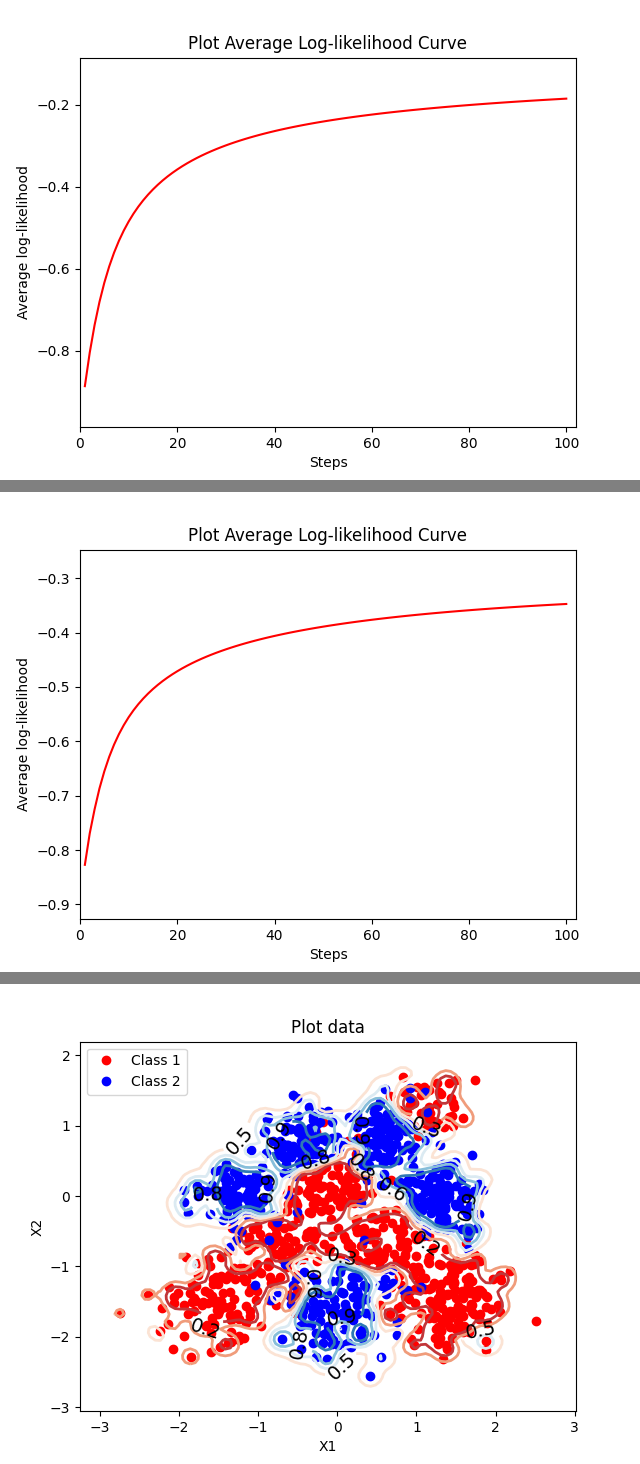
Repository: DhruvTrehan03/3F8
Script's output: python Lab.py
An editor plug-in stored every save of this project. The script's output is shown before and after the next save, followed by the edit.
Each picture stacks the figures in order, with grey between them; figures that are only written to a file come last. Random numbers start from a fixed seed.

Above is the script's output before, as saved 2024-02-16 12:56:52.

### Lab.py
import numpy as np
import matplotlib.pyplot as plt

def logistic(x):
    return 1.0 / (1.0 + np.exp(-x))

def plot_data_internal(X, y):
    x_min, x_max = X[ :, 0 ].min() - .5, X[ :, 0 ].max() + .5
    y_min, y_max = X[ :, 1 ].min() - .5, X[ :, 1 ].max() + .5
    xx, yy = np.meshgrid(np.linspace(x_min, x_max, 100), np.linspace(y_min, y_max, 100))
    plt.figure()
    plt.xlim(xx.min(None), xx.max(None))
    plt.ylim(yy.min(None), yy.max(None))
    ax = plt.gca()
    ax.plot(X[y == 0, 0], X[y == 0, 1], 'ro', label = 'Class 1')
    ax.plot(X[y == 1, 0], X[y == 1, 1], 'bo', label = 'Class 2')
    plt.xlabel('X1')
    plt.ylabel('X2')
    plt.title('Plot data')
    plt.legend(loc = 'upper left', scatterpoints = 1, numpoints = 1)
    return xx, yy

def plot_data(X, y):
    xx, yy = plot_data_internal(X, y)
    plt.show()

def log_likelihood (y, X, B):
    L= np.prod(np.power(sigmoid(X@B),(y)) * np.power(sigmoid(X@B),(1-y)))
    # for i in range(len(X[:,0])):
    #     L *= (sigmoid(B.T@X[i,:].T)**y[i])*(sigmoid(-B.T@X[i,:].T)**(1-y[i]))
    LL = np.log(L)
    return LL

def predict(X_tilde, w):
    return logistic(np.dot(X_tilde, w))

def get_x_tilde(X):
    return np.concatenate((np.ones((X.shape[ 0 ], 1 )), X), 1)

def plot_ll(ll):
    plt.figure()
    ax = plt.gca()
    plt.xlim(0, len(ll) + 2)
    plt.ylim(min(ll) - 0.1, max(ll) + 0.1)
    ax.plot(np.arange(1, len(ll) + 1), ll, 'r-')
    plt.xlabel('Steps')
    plt.ylabel('Average log-likelihood')
    plt.title('Plot Average Log-likelihood Curve')
    plt.show()

def plot_predictive_distribution(X, y, w, map_inputs = lambda x : x):
    xx, yy = plot_data_internal(X, y)
    ax = plt.gca()
    X_tilde = get_x_tilde(map_inputs(np.concatenate((xx.ravel().reshape((-1, 1)), yy.ravel().reshape((-1, 1))), 1)))
    Z = predict(X_tilde, w)
    Z = Z.reshape(xx.shape)
    cs2 = ax.contour(xx, yy, Z, cmap = 'RdBu', linewidths = 2)
    plt.clabel(cs2, fmt = '%2.1f', colors = 'k', fontsize = 14)
    plt.show()

def compute_average_ll(X_tilde, y, w):
    output_prob = predict(X_tilde, w)
    return np.mean(y * np.log(output_prob) + (1 - y) * np.log(1.0 - output_prob))

def fit_w(X_tilde_train, y_train, X_tilde_test, y_test, n_steps, alpha):
    w = np.random.randn(X_tilde_train.shape[ 1 ])
    ll_train = np.zeros(n_steps)
    ll_test = np.zeros(n_steps)
    for i in range(n_steps):
        sigmoid_value = predict(X_tilde_train, w)
        w += alpha * X_tilde_train.T@(y_train-sigmoid_value)     # Gradient-based update rule for w. To be completed by the student
        ll_train[ i ] = compute_average_ll(X_tilde_train, y_train, w)
        ll_test[ i ] = compute_average_ll(X_tilde_test, y_test, w)
        print(ll_train[ i ], ll_test[ i ])

    return w, ll_train, ll_test

def evaluate_basis_functions(l, X, Z):
    X2 = np.sum(X**2, 1)
    Z2 = np.sum(Z**2, 1)
    ones_Z = np.ones(Z.shape[ 0 ])
    ones_X = np.ones(X.shape[ 0 ])
    r2 = np.outer(X2, ones_Z) - 2 * np.dot(X, Z.T) + np.outer(ones_X, Z2)
    return np.exp(-0.5 / l**2 * r2)

def conf_mat(y_test, X_tilde_test, w):
    z = (predict(X_tilde_test, w)>0.5)
    P_0_0 = 0
    P_1_0 = 0
    P_0_1 = 0
    P_1_1 = 0
    for i in range(len(y_test)):
        if y_test[i] == 0:
            if z[i] == 0:
                P_0_0 += 1
            elif z[i] == 1:
                P_1_0 += 1
        if y_test[i] == 1:
            if z[i] == 0:
                P_0_1 += 1
            elif z[i] == 1:
                P_1_1 += 1
    print(np.array([[P_0_0/200, P_1_0/200],[P_0_1/200, P_1_1/200]]))

X = np.loadtxt('X.txt')
y = np.loadtxt('y.txt')
permutation = np.random.permutation(X.shape[ 0 ])
X = X[ permutation, : ]
y = y[ permutation ]

n_train = 800
X_train = X[ 0 : n_train, : ]
X_test = X[ n_train :, : ]
y_train = y[ 0 : n_train ]
y_test = y[ n_train : ]

# Eta = 0.001
# Max_it = 100

# X_tilde_train = get_x_tilde(X_train)
# X_tilde_test = get_x_tilde(X_test)
# w, ll_train, ll_test = fit_w(X_tilde_train, y_train, X_tilde_test, y_test, Max_it, Eta)
# plot_ll(ll_train)
# plot_ll(ll_test)
# plot_predictive_distribution(X, y, w)

l = 0.1 # Width of the Gaussian basis funcction. To be completed by the student

X_tilde_train = get_x_tilde(evaluate_basis_functions(l, X_train, X_train))
X_tilde_test = get_x_tilde(evaluate_basis_functions(l, X_test, X_train))

# We train the new classifier on the feature expanded inputs

alpha = 0.01 # Learning rate for gradient-based optimisation with basis functions. To be completed by the student
n_steps = 100 # Number of steps of gradient-based optimisation with basis functions. To be completed by the student

w, ll_train, ll_test = fit_w(X_tilde_train, y_train, X_tilde_test, y_test, n_steps, alpha)

# We plot the training and test log likelihoods

plot_ll(ll_train)
plot_ll(ll_test)

# We plot the predictive distribution

plot_predictive_distribution(X, y, w, lambda x : evaluate_basis_functions(l, x, X_train))
conf_mat(y_test, X_tilde_train, w)

### y.txt
0
0
1
1
1
0
1
0
0
1
0
0
1
0
0
1
1
1
0
0
0
0
1
1
1
0
1
1
1
1
0
1
0
1
0
0
0
1
1
0
0
1
1
1
1
1
1
0
0
1
0
0
1
1
1
1
1
1
1
1
1
1
0
1
0
1
0
1
1
1
0
1
0
1
1
1
0
1
0
0
1
1
1
1
0
1
0
0
0
1
0
1
1
1
1
1
1
0
0
1
1
0
0
1
1
1
1
0
0
1
0
0
0
0
1
1
0
1
1
0
0
1
1
1
0
0
1
0
0
1
0
1
0
1
0
0
1
0
0
1
0
1
1
0
1
0
1
1
0
1
1
1
0
0
1
1
1
0
0
0
0
0
1
1
0
0
0
1
1
1
1
1
1
1
1
1
1
0
0
0
1
0
0
1
1
1
1
1
0
0
1
1
0
0
0
0
0
0
1
1
1
0
1
0
1
1
0
0
1
1
0
1
1
1
0
0
0
0
0
1
0
1
1
0
1
0
1
0
0
0
1
0
1
0
1
1
1
0
1
1
1
1
1
1
0
0
0
0
0
0
1
1
1
0
0
0
0
1
0
0
1
1
1
1
1
0
1
1
1
0
0
0
1
1
0
1
0
1
0
0
1
0
1
0
0
0
1
1
1
0
1
1
1
0
0
1
1
0
1
1
0
1
1
0
0
0
0
0
1
1
0
0
1
0
1
1
0
0
1
1
0
0
0
0
0
0
1
0
0
1
0
1
0
0
1
0
0
0
0
0
0
0
1
1
0
0
0
1
0
0
0
1
0
0
0
1
0
1
0
1
0
1
0
0
1
0
0
1
0
0
1
0
1
0
1
1
1
1
1
1
0
0
0
0
0
0
0
1
1
0
0
1
1
0
0
0
0
0
1
0
0
1
0
1
1
1
1
1
0
0
0
1
1
1
1
1
1
1
1
1
1
1
0
0
1
0
0
1
1
0
1
0
0
1
0
1
0
1
0
1
1
1
0
0
0
1
1
1
0
1
1
1
0
1
1
1
1
1
1
1
0
0
0
0
1
0
0
1
1
1
1
1
1
1
1
1
0
0
0
1
1
0
0
1
0
0
0
0
0
0
0
0
1
0
0
0
0
1
0
1
0
0
0
0
0
1
1
1
0
1
0
0
1
0
0
0
1
0
1
0
1
1
0
0
1
1
1
0
0
1
1
1
1
0
1
1
1
1
1
0
1
1
0
0
0
1
0
0
0
0
0
0
0
0
1
0
0
1
1
1
1
0
0
0
1
1
1
1
0
0
1
0
0
0
1
0
1
1
0
1
0
0
1
0
0
1
0
0
0
1
0
0
1
0
0
1
0
0
0
1
0
1
0
0
0
1
0
1
0
1
1
1
0
1
1
0
0
1
1
0
0
1
0
1
0
1
1
1
1
1
0
1
0
0
1
0
1
0
1
1
1
0
0
1
0
1
0
0
1
1
0
0
0
1
0
0
1
1
1
1
0
1
0
0
0
0
1
1
0
0
0
0
1
1
1
1
0
1
0
0
1
0
1
0
0
1
0
1
1
1
1
1
0
0
0
1
0
1
0
0
0
1
0
0
0
1
0
0
1
0
0
0
1
0
1
1
1
1
1
0
1
0
1
1
0
0
0
0
0
0
1
1
0
0
0
1
0
0
0
0
1
1
0
0
0
0
1
0
0
0
0
1
1
0
0
0
1
0
1
0
1
1
1
0
0
1
0
1
1
0
0
1
1
0
0
1
0
1
0
1
0
1
1
0
1
0
0
1
1
0
1
1
1
0
1
0
0
0
1
1
0
1
0
0
0
1
0
0
0
1
0
1
0
1
0
1
1
1
0
1
1
1
0
0
1
0
0
1
0
0
0
1
0
1
1
0
0
1
0
1
0
0
1
0
1
1
1
0
0
0
1
1
0
0
1
1
1
0
1
1
1
1
1
0
0
0
1
0
1
1
0
1
0
1
0
1
1
1
0
1
0
1
0
0
0
1
1
1
1
0
0
0
0
1
1
0
1
0
1
0
0
1
1
1
0
1
1
1
0
0
1
0
1
0
1
0
0
0
1
0
0
0
0
0
0
1
0
0
0
0
0
0
0
1
0
1
1
0
1
0
1
1
1
0
0
1
0
1
0
0
1
1
1
0
1
1
1
1
1
1
1
1
1
1
1
0
0
0
1
1
1
1
1
1
1
0
0
1
0
0
1
0
0
0
0
0
1
0
1
1
0
1
0
0
1
0
0
0
0
1

Loaded but not shown: X.txt (1000 lines, source omitted)

After the next save:
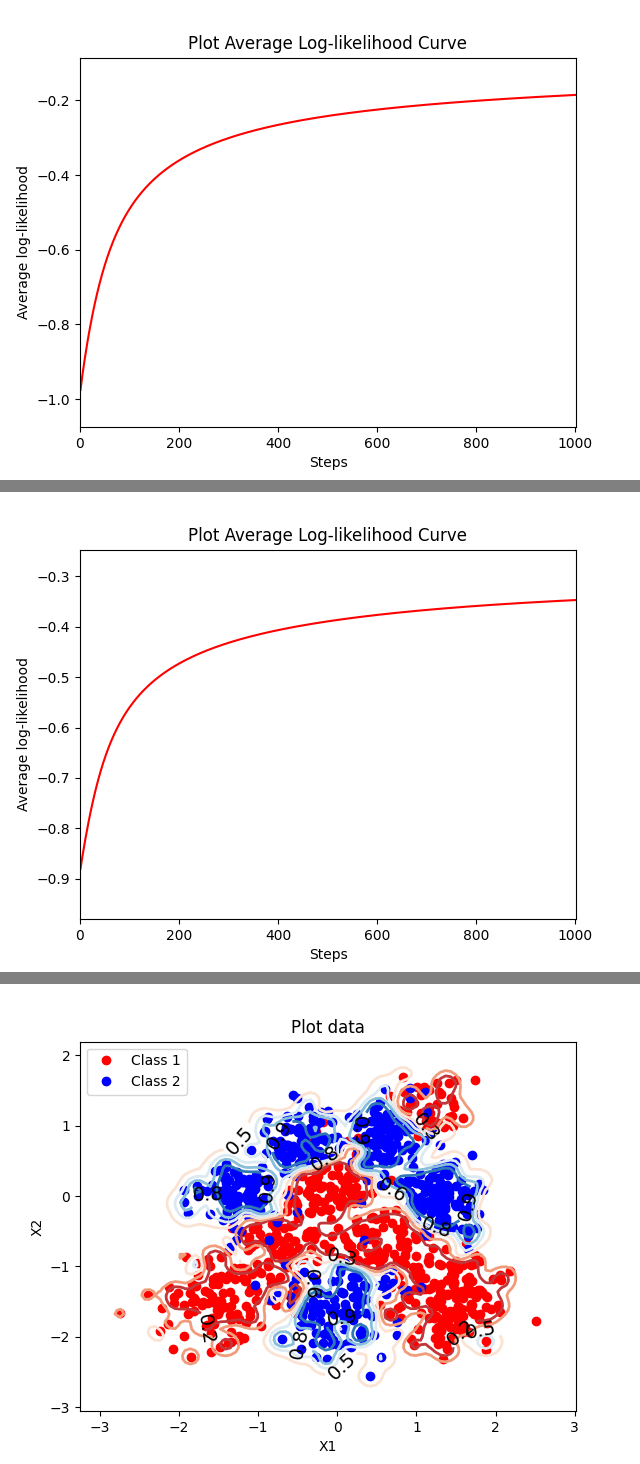
Saved 43 s later.
--- a/Lab.py
+++ b/Lab.py
@@ -131,8 +131,8 @@ X_tilde_test = get_x_tilde(evaluate_basis_functions(l, X_test, X_train))
 
 # We train the new classifier on the feature expanded inputs
 
-alpha = 0.01 # Learning rate for gradient-based optimisation with basis functions. To be completed by the student
-n_steps = 100 # Number of steps of gradient-based optimisation with basis functions. To be completed by the student
+alpha = 0.001 # Learning rate for gradient-based optimisation with basis functions. To be completed by the student
+n_steps = 1000 # Number of steps of gradient-based optimisation with basis functions. To be completed by the student
 
 w, ll_train, ll_test = fit_w(X_tilde_train, y_train, X_tilde_test, y_test, n_steps, alpha)
 
